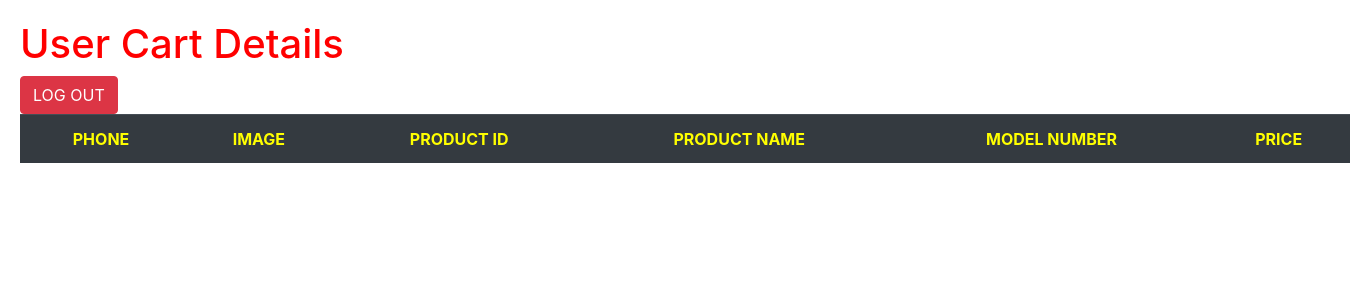
Repository: piyushj81/ComputerShop
Page: http://localhost/computershop/userCartdetailscontroller
The author's editor kept a copy of each file at every save. The page is drawn from the files as they stood at one save, then again after the next save.
The browser window is 1280 px wide. The page is 1350 px wide, so the pictures cover 1350 px, including what lies to the right of the window. The pictures show the whole page.
The page is served by Tomcat 9. Queries for data that is not in the repository find no rows.

Above is the page before, as saved 2021-10-15 10:05:19.

After the next save:
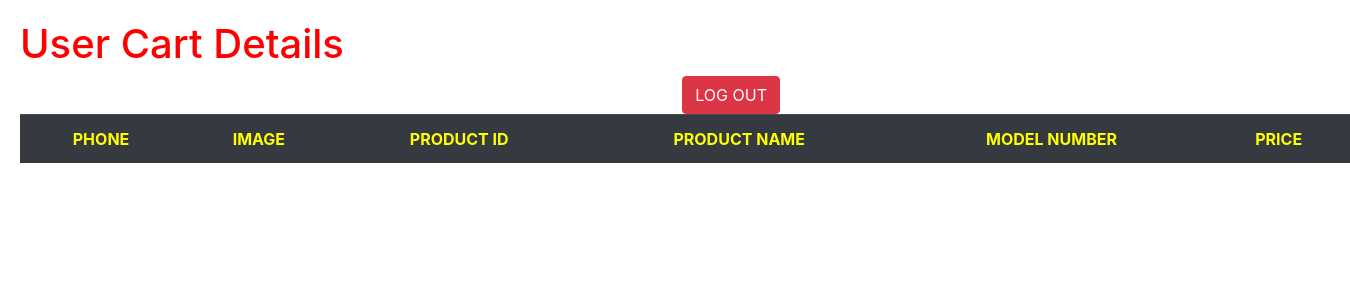
Saved 28 s later.
--- a/computershop/WebContent/usercart.jsp
+++ b/computershop/WebContent/usercart.jsp
@@ -32,7 +32,7 @@
 </head>
 <body>
 <h1 style="color:red;">User Cart Details </h1>
-<a href="LogoutController" ><button class="btn btn-danger" type="button"  float:right;> LOG OUT</button></a>
+<a href="LogoutController" ><button class="btn btn-danger" type="button"  style= "float:right;"> LOG OUT</button></a>
 <%
 
 Class.forName("com.mysql.jdbc.Driver");
